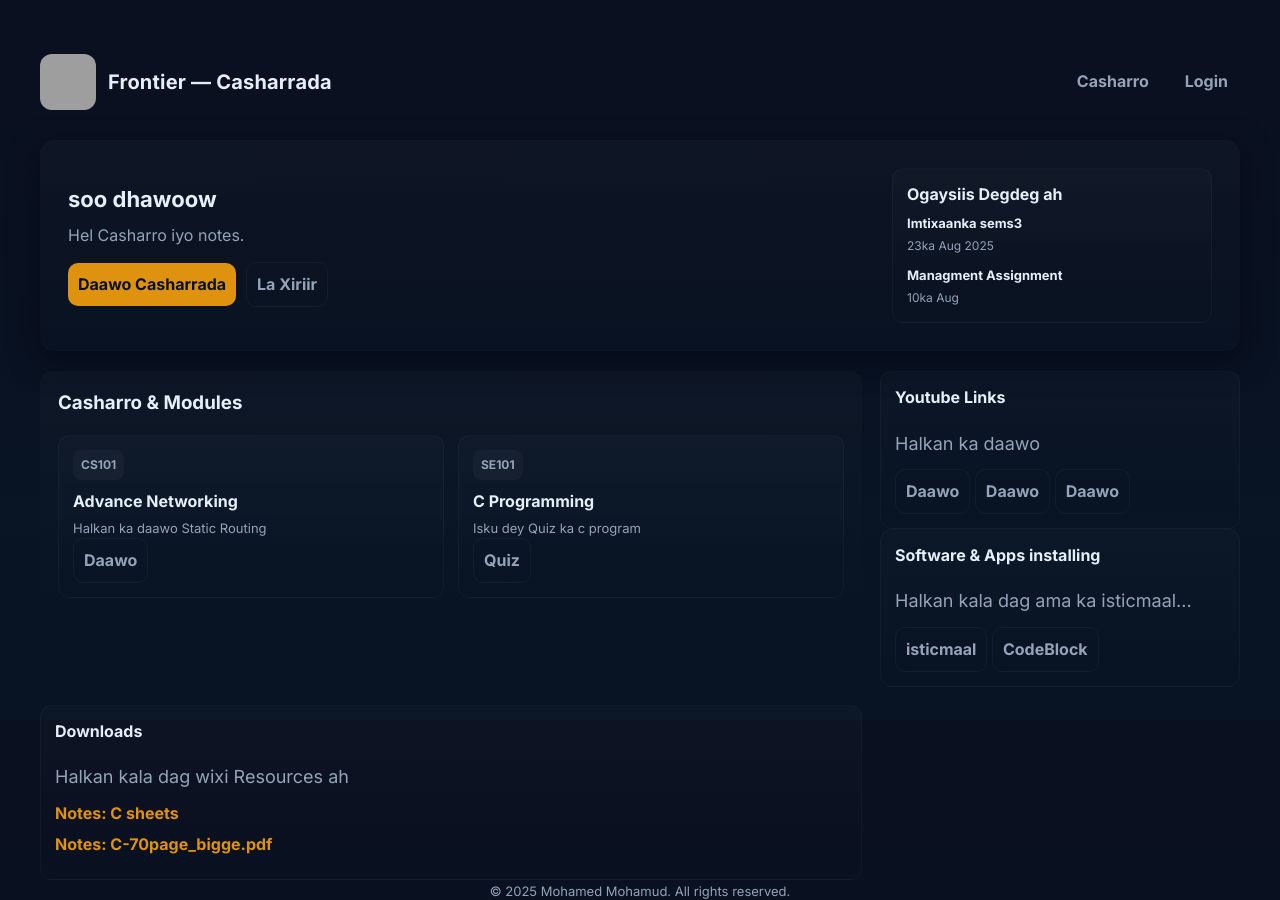
Repository: mrfiiqane/Al-Tacaawun.com
Page: index.html
The author's editor kept a copy of each file at every save. The page is drawn from the files as they stood at one save, then again after the next save.
The browser window is 1280 px wide. The pictures show the whole page.
Pictures or frames that could not be fetched are drawn as grey boxes.

Above is the page before, as saved 2025-08-12 10:36:29.

### index.html
<!doctype html>
<html lang="en">
<head>
  <meta charset="utf-8" />
  <meta name="viewport" content="width=device-width,initial-scale=1" />
  <title>Jaamacadda — Casharrada</title>
  <link rel="stylesheet" href="./style.css">

  <!-- Google Font (optional) -->
  <link href="https://fonts.googleapis.com/css2?family=Inter:wght@300;400;600;700&display=swap" rel="stylesheet">

</head>
<body>
  <div class="wrap">

    <header>
      <div class="brand">
        <div class="logo"></div>
        <div>
          <h1 class="site-title">Frontier — Casharrada</h1>
        </div>
      </div>

      <nav aria-label="Primary">
        <a href="#courses">Casharro</a>
        <a href="./Singin.html">Login</a>
      </nav>
    </header>

    <section class="hero">
      <div class="hero-left">

        <h2>soo dhawoow</h2>
        <p>Hel Casharro iyo notes.</p>

        <div class="cta-row">
          <a class="btn" href="#courses">Daawo Casharrada</a>
          <a class="btn secondary" href="#contact">La Xiriir</a>
        </div>
      </div>

      <div class="hero-right card">
        <h4 style="margin:0 0 8px 0">Ogaysiis Degdeg ah</h4>
        <ul class="ann-list">
          <li class="ann"><div><b>Imtixaanka sems3</b><small> 23ka Aug 2025</small></div></li>
          <li class="ann"><div><b>Managment Assignment</b><small> 10ka Aug</small></div></li>
        </ul>
      </div>
    </section>

    <div class="grid">
      <main>
        <!-- Courses -->
        <div id="courses" class="section">
          <h3 style="margin-top:0">Casharro & Modules</h3>
          <div class="courses">
            <article class="course">
              <span class="code">CS101</span>
              <h3>Advance Networking</h3>
              <p>Halkan ka daawo Static Routing</p>
              <a class="btn secondary" href="https://youtu.be/i_kWL7zncr0?si=UCBDJ3CswC6rXT9E" >Daawo</a>
            </article>
            <article class="course">
              <span class="code">SE101</span>
              <h3>C Programming</h3>
              <p>Isku dey Quiz ka c program</p>
              <a class="btn secondary" href="https://quiz-with-c.vercel.app/" >Quiz</a>
            </article>



          </div>
        </div>



      </main>

      <!-- Sidebar -->
      <aside>
        <div class="card">
          <h4 style="margin-top:0">Youtube Links</h4>
          <p class="site-sub">Halkan ka daawo</p>
          <ul style="margin:12px 0 0 0; padding:0; list-style:none;">
            <a class="btn secondary" href="https://youtu.be/eYBJgoVVvV4" >Daawo</a>
            <a class="btn secondary" href="https://youtu.be/OuTGAZUUJFI" >Daawo</a>
            <a class="btn secondary" href="https://youtu.be/sqkx3KoNXKo" >Daawo</a>
          </ul>
        </div>
        <div class="card">
          <h4 style="margin-top:0">Software & Apps installing</h4>
          <p class="site-sub">Halkan kala dag ama ka isticmaal...</p>
          <ul style="margin:12px 0 0 0; padding:0; list-style:none;">
            <a class="btn secondary" href="https://www.programiz.com/c-programming/online-compiler/" >isticmaal</a>
            <a class="btn secondary" href="https://sourceforge.net/projects/codeblocks/files/Binaries/25.03/Windows/codeblocks-25.03mingw-setup.exe/download" >CodeBlock</a>

          </ul>
        </div>

      </aside>
      <aside>
        <div class="card">
          <h4 style="margin-top:0">Downloads</h4>
          <p class="site-sub">Halkan kala dag wixi Resources ah</p>
          <ul style="margin:12px 0 0 0; padding:0; list-style:none;">
            <li style="margin-bottom:8px"><a href="./images/cheat_sheet_c.pdf" download="" style="color:var(--accent); text-decoration:none; font-weight:700">Notes: C sheets</a></li>
            <li style="margin-bottom:8px"><a href="./images/C-70page-begginers.pdf" download="" style="color:var(--accent); text-decoration:none; font-weight:700">Notes: C-70page_bigge.pdf</a></li>
          </ul>
        </div>

      </aside>
    </div>

    <footer>
      © <span id="year"></span> 2025 Mohamed Mohamud. All rights reserved.
    </footer>

  </div>

</body>
</html>

### style.css
:root{
      --bg:#0f1724;
      --card:#0b1220;
      --accent:#f59f0be8;
      --muted:#94a3b8;
      --glass: rgba(255,255,255,0.04);
      --radius:14px;
      --maxw:1200px;
      font-family: "Inter", system-ui, -apple-system, "Segoe UI", Roboto, "Helvetica Neue", Arial;
    }
    *{box-sizing:border-box}
    html,body{
      height:100%;
      width:100%;
    }
    body{
      margin:0;
      background: linear-gradient(180deg,#0a101f 10%, #081424 80%);
      color:#e6eef8;
      -webkit-font-smoothing:antialiased;
      -moz-osx-font-smoothing:grayscale;  /* //waa maxay */
      line-height:1.45;
      padding:24px;
      display:flex;
      justify-content:center;
    }
    .wrap{
      width:100%;
      max-width:var(--maxw);

    }

    /* Header */
    header{
      display:flex;
      align-items:center;
      justify-content:space-between;
      gap:16px;
      margin: 30px auto;
    }
    .brand{
      display:flex;
      align-items:center;
      gap:12px;
    }
    .logo{
      background-image: url('https://encrypted-tbn0.gstatic.com/images?q=tbn:ANd9GcTuMOF6fEdt8Zlo2HOTVPE4MufJVdZzyfTKlA&s');
      background-size:cover;
      background-position:center;
      background-repeat:no-repeat;
      width:56px;
      height:56px;
      border-radius:12px;
      display:flex;
      align-items:center;
      justify-content:center;
      font-weight:700;
      font-size:20px;
    }
    h1.site-title{
      margin:0;
      font-size:20px;
      letter-spacing:0.2px;
    }
    p.site-sub{ margin:0; color:var(--muted); font-size:18px }

    nav{
      display:flex;
      gap:12px;
      align-items:center;
    }
    nav a{
      color:var(--muted);
      text-decoration:none;
      font-weight:800;
      padding:8px 12px;
      border-radius:10px;
    }
    nav a:hover{ color:#fff; background:var(--glass) }

    /* Hero */
    .hero{
      background: linear-gradient(180deg, rgba(255,255,255,0.02), transparent);
      border-radius: var(--radius);
      padding:28px;
      display:flex;
      gap:24px;
      align-items:center;
      margin-bottom:20px;
      box-shadow: 0 10px 30px rgba(2,6,23,0.6);
    }
    .hero-left{flex:1}
    .hero-right{ width:320px; min-width:220px }
    .hero h2{ margin:0 0 8px 0; font-size:22px }
    .hero p{ margin:0 0 14px 0; color:var(--muted) }

    .cta-row{ display:flex; gap:10px; align-items:center }
    .btn{
      background:var(--accent);
      color:#081028;
      padding:10px;
      border-radius:10px;
      font-weight:700;
      border:none;
      cursor:pointer;
      text-decoration:none;
      display:inline-block;
    }
    .btn.secondary{
      background:transparent;
      color:var(--muted);
      border:1px solid rgba(255,255,255,0.04);
    }

    /* Grid */
    .grid{
      display:grid;
      gap:18px;
      grid-template-columns: 1fr 360px;
    }

    /* Main content */
    main{ background:transparent }
    .section{
      background: linear-gradient(180deg, rgba(255,255,255,0.02), transparent);
      padding:18px;
      border-radius:12px;
      margin-bottom:16px;
    }

    /* Courses */
    .courses{
      display:grid;
      grid-template-columns: repeat(auto-fit,minmax(230px,1fr));
      gap:14px;
    }
    .course{
      background:linear-gradient(180deg, rgba(255,255,255,0.02), transparent);
      padding:14px;
      border-radius:12px;
      border:1px solid rgba(255,255,255,0.03);
      transition:transform .18s ease, box-shadow .18s ease;
    }
    .course:hover{ transform:translateY(-6px); box-shadow:0 12px 30px rgba(2,6,23,0.6) }
    .code{
      display:inline-block;
      background:rgba(255,255,255,0.03);
      padding:6px 8px;
      border-radius:8px;
      color:var(--muted);
      font-weight:700;
      font-size:12px;
    }
    .course h3{ margin:10px 0 6px 0; font-size:16px }
    .course p{ margin:0; color:var(--muted); font-size:13px }

    /* Sidebar cards */
    .card{
      background: linear-gradient(180deg, rgba(255,255,255,0.02), transparent);
      padding:14px;
      border-radius:12px;
      border:1px solid rgba(255,255,255,0.03);
    }
    .ann-list{ list-style:none; margin:0; padding:0; display:flex; flex-direction:column; gap:10px }
    .ann{
      display:flex; gap:10px; align-items:flex-start;
    }
    .ann b{ display:block; font-size:13px }
    .ann small{ color:var(--muted); font-size:12px }

    footer{
      margin:2px; text-align:center; color:var(--muted); font-size:13px;
    }

    /* Responsive */
    @media (max-width:768px){
    header{
      display:block;
      align-items:center;
      justify-content:space-around;
      gap:5px;
      margin-bottom:22px;
    }
    .hero, .grid{
      display: flex;
      flex-direction: column;
    }

    nav{
      gap:5px;
      justify-content: end;
    }
    .btn{
      padding:10px;
    }

    }

After the next save:
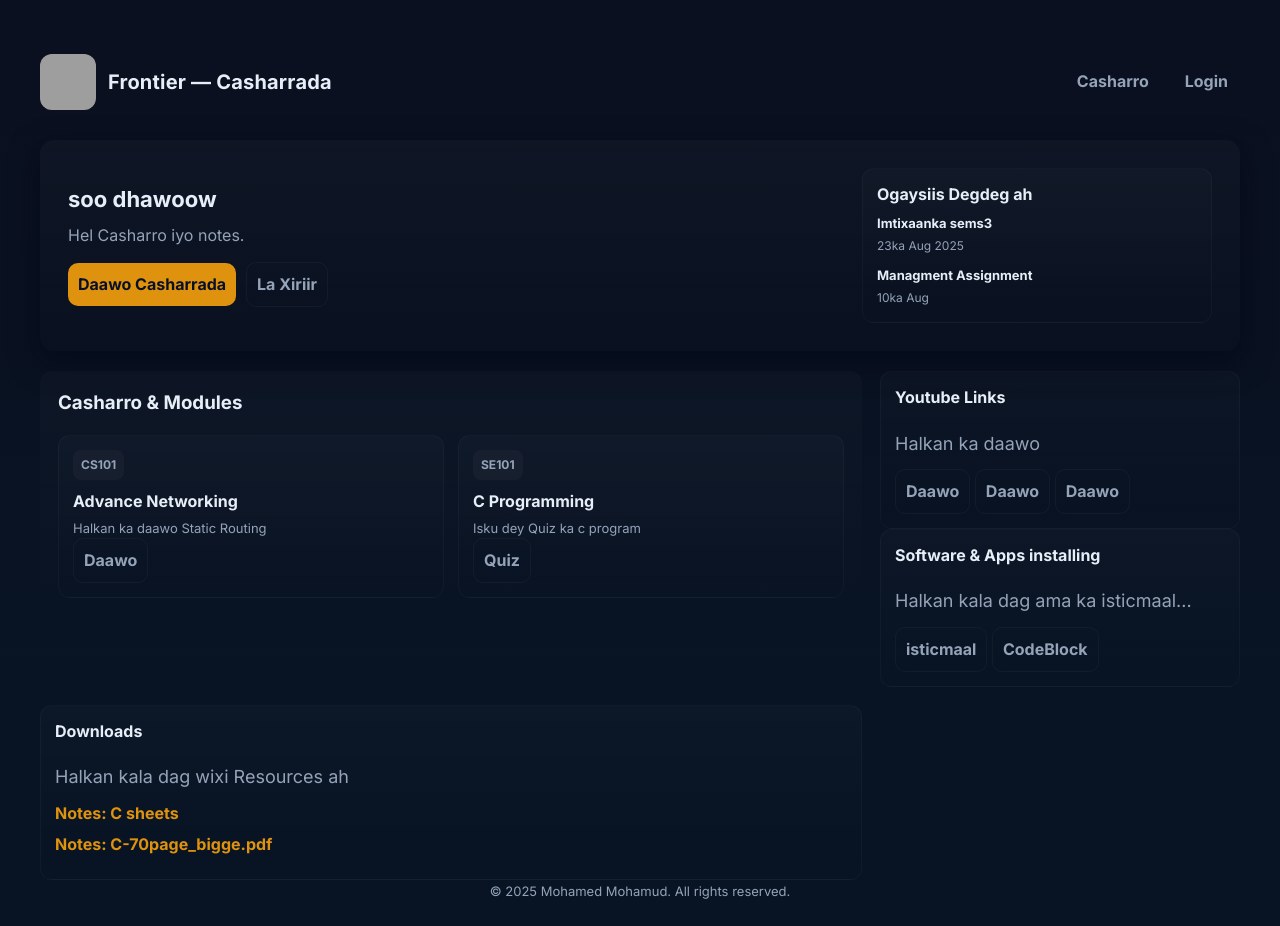
Saved 19 s later.
--- a/style.css
+++ b/style.css
@@ -8,11 +8,7 @@
       --maxw:1200px;
       font-family: "Inter", system-ui, -apple-system, "Segoe UI", Roboto, "Helvetica Neue", Arial;
     }
-    *{box-sizing:border-box}
-    html,body{
-      height:100%;
-      width:100%;
-    }
+
     body{
       margin:0;
       background: linear-gradient(180deg,#0a101f 10%, #081424 80%);

After the save that followed:
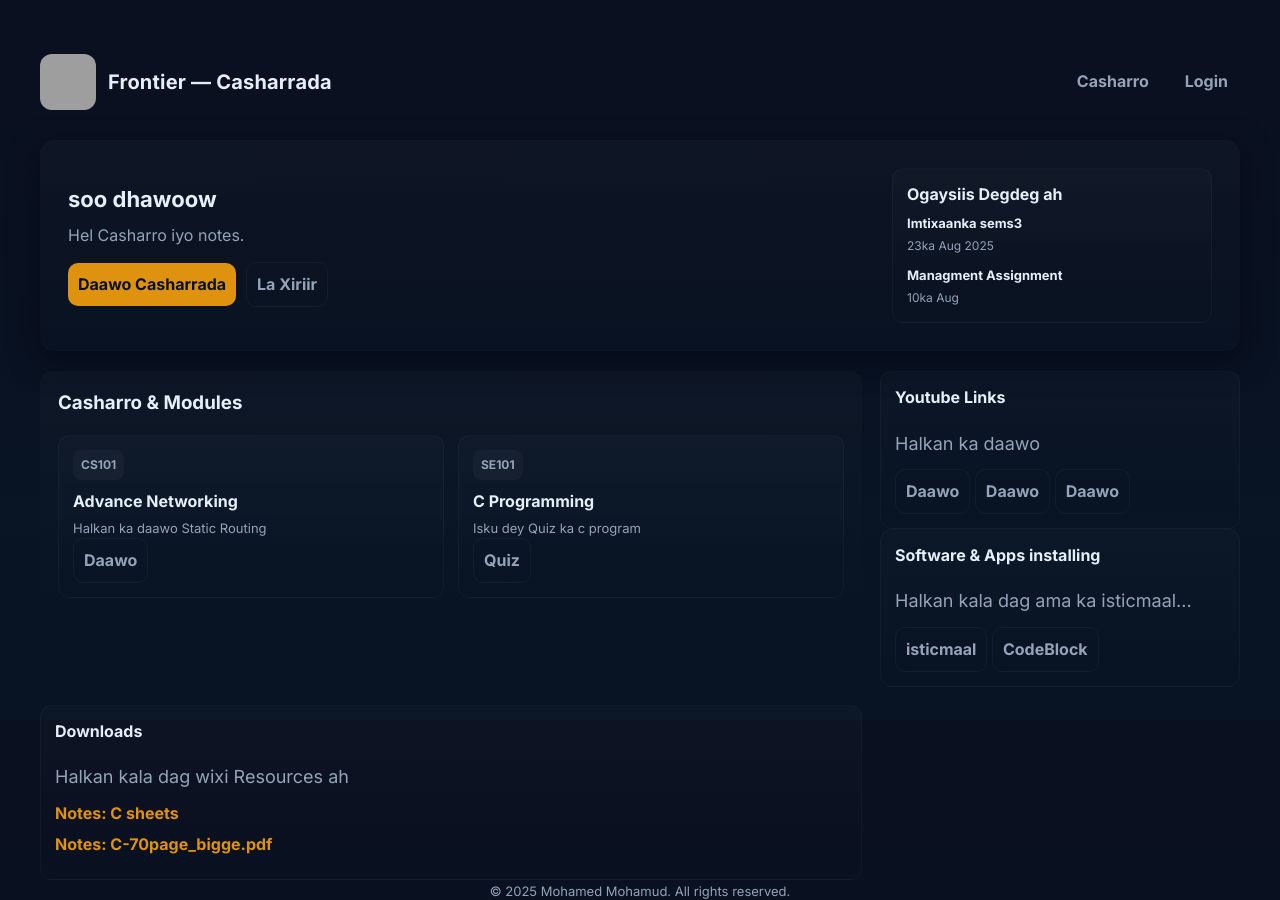
Saved 9 s later.
--- a/style.css
+++ b/style.css
@@ -8,7 +8,11 @@
       --maxw:1200px;
       font-family: "Inter", system-ui, -apple-system, "Segoe UI", Roboto, "Helvetica Neue", Arial;
     }
-
+    *{box-sizing:border-box}
+    html,body{
+      height:100%;
+      width:100%;
+    }
     body{
       margin:0;
       background: linear-gradient(180deg,#0a101f 10%, #081424 80%);
